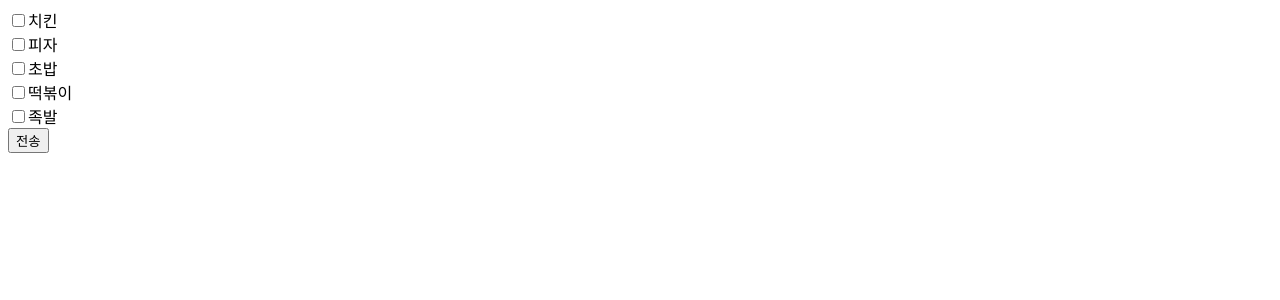
Repository: havanara/240411_JSTL_Project
Page: http://localhost/jstl_study/step-6.jsp
These files come from the project's save history. The page is drawn as it stood at one moment and after the next save; the edit follows.
The browser window is 1280 px wide. The pictures show the whole page.
The page is served by Tomcat 9. Other server files are loaded and not shown.

Above is the page before, as saved 2024-04-11 05:30:24.

### jstl_study/src/main/webapp/step-6.jsp
<%@ page language="java" contentType="text/html; charset=UTF-8"
    pageEncoding="UTF-8"%>
<!DOCTYPE html>
<html>
<head>
<meta charset="UTF-8">
<title>Insert title here</title>
</head>
<body>

	<!-- 메뉴판을 체크박스 형태로 만들어서 step-7.jsp로 전송 -->
	<!-- step-7.jsp에서 주문명 어떤 메뉴를 주문했는지 출력 -->

	<form action="step-7.jsp">
		<input type="checkbox" name="customer" value="치킨">치킨 <br>
		<input type="checkbox" name="customer" value="피자">피자 <br>
		<input type="checkbox" name="customer" value="초밥">초밥 <br>
		<input type="checkbox" name="customer" value="떡볶이">떡볶이 <br>
		<input type="checkbox" name="customer" value="족발">족발 <br>
		<button type="submit">전송</button>
	</form>

</body>
</html>

After the next save:
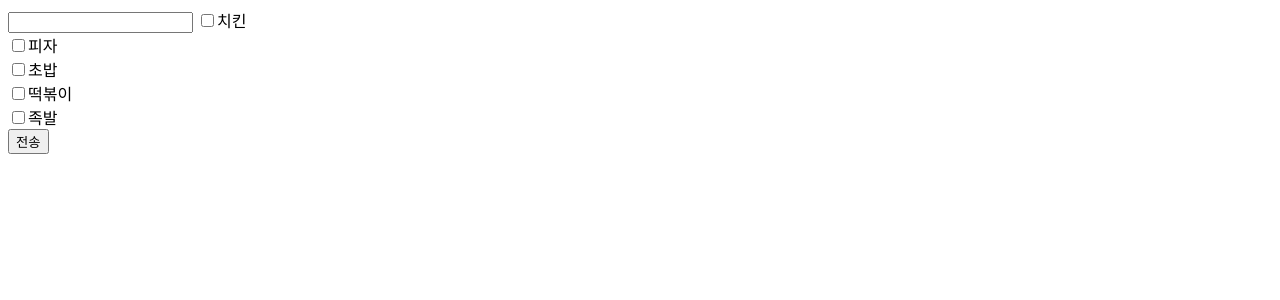
Saved 112 s later.
--- a/jstl_study/src/main/webapp/step-6.jsp
+++ b/jstl_study/src/main/webapp/step-6.jsp
@@ -12,11 +12,12 @@
 	<!-- step-7.jsp에서 주문명 어떤 메뉴를 주문했는지 출력 -->
 
 	<form action="step-7.jsp">
-		<input type="checkbox" name="customer" value="치킨">치킨 <br>
-		<input type="checkbox" name="customer" value="피자">피자 <br>
-		<input type="checkbox" name="customer" value="초밥">초밥 <br>
-		<input type="checkbox" name="customer" value="떡볶이">떡볶이 <br>
-		<input type="checkbox" name="customer" value="족발">족발 <br>
+		<input type="text" name="customer">
+		<input type="checkbox" name="menu" value="치킨">치킨 <br>
+		<input type="checkbox" name="menu" value="피자">피자 <br>
+		<input type="checkbox" name="menu" value="초밥">초밥 <br>
+		<input type="checkbox" name="menu" value="떡볶이">떡볶이 <br>
+		<input type="checkbox" name="menu" value="족발">족발 <br>
 		<button type="submit">전송</button>
 	</form>
 
